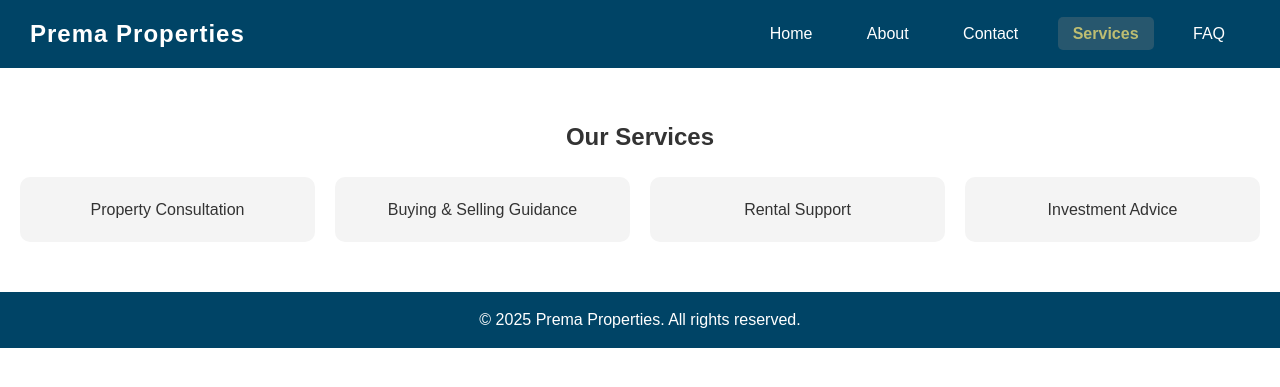
Repository: mnqobiMenzi/Prema-Properties
Page: services.html
The author's editor kept a copy of each file at every save. The page is drawn from the files as they stood at one save, then again after a run of saves.
The browser window is 1280 px wide. The pictures show the whole page.

Above is the page before, as saved 2025-10-04 09:07:31.

### services.html
<!DOCTYPE html>
<html lang="en">
<head>
  <meta charset="UTF-8">
  <meta name="viewport" content="width=device-width, initial-scale=1.0">
  <title>Prema Properties</title>
  <link rel="stylesheet" href="CSS/style.css">
</head>
<body>

  <!-- Header / Navigation -->
  <header>
    <div class="logo">Prema Properties</div>
    <nav>
      <a href="index.html">Home</a>
      <a href="about-us.html">About</a>
      <a href="contact-us.html">Contact</a>
      <a href="#services" class="active">Services</a>
      <a href="FAQ.html">FAQ</a>
    </nav>
  </header>
  <!-- Services Section -->
  <section id="services" class="services">
    <h2>Our Services</h2>
    <div class="service-list">
      <div class="service">Property Consultation</div>
      <div class="service">Buying & Selling Guidance</div>
      <div class="service">Rental Support</div>
      <div class="service">Investment Advice</div>
    </div>
  </section>

  <!-- Footer -->
  <footer>
    <p>© 2025 Prema Properties. All rights reserved.</p>
  </footer>

</body>
</html>

### CSS/style.css
* {
  margin: 0;
  padding: 0;
  box-sizing: border-box;
  font-family: Arial, sans-serif;
}

body {
  line-height: 1.6;
  color: #333;
}

/* Header */
header {
  position: sticky;
  top: 0;
  display: flex;
  justify-content: space-between;
  align-items: center;
  padding: 15px 30px;
  background: #004466;
  color: #fff;
  z-index: 1000;
}
header .logo {
  font-size: 1.5em;
  font-weight: 700;
  font-family: 'Poppins', sans-serif;
  color: #fff;
  letter-spacing: 1px;
  display: flex;
  align-items: center;
}
header nav a {
  margin: 0 10px;
  color: #fff;
  padding: 8px 15px;
  border-radius: 5px;
  text-decoration: none;
  font-weight: 500;
  font-family: 'Poppins', sans-serif;
  transition: color 0.3s ease, border-bottom 0.3s ease;
}

header nav a:hover {
  color: #fff;
  background: rgba(128, 128, 128, 0.3);
  padding-bottom: 3px;
  border: 3px solid #004466;
}
/* Active link */
header nav a.active {
  background: rgba(128, 128, 128, 0.3);
  font-weight: bold;
  color: rgb(189, 189, 114);
}
/* Hero */
.hero {
  background: url('https://source.unsplash.com/1600x600/?house,property') no-repeat center center/cover;
  color: white;
  text-align: center;
  padding: 100px 20px;
}
.hero h1 {
  font-size: 2.5em;
}
.hero .btn {
  display: inline-block;
  margin-top: 20px;
  padding: 10px 20px;
  background: #ff6600;
  color: white;
  border-radius: 5px;
  text-decoration: none;
}
.hero .btn:hover {
  background: #cc5200;
}

/* Sections */
section {
  padding: 50px 20px;
  text-align: center;
}
.services .service-list {
  display: grid;
  grid-template-columns: repeat(auto-fit, minmax(200px, 1fr));
  gap: 20px;
  margin-top: 20px;
}
.service {
  background: #f4f4f4;
  padding: 20px;
  border-radius: 10px;
}

/* Contact */
.contact form {
  display: flex;
  flex-direction: column;
  max-width: 400px;
  margin: auto;
}
.contact input, .contact textarea {
  margin-bottom: 15px;
  padding: 10px;
  border: 1px solid #ddd;
  border-radius: 5px;
}
.contact button {
  padding: 10px;
  border: none;
  background: #004466;
  color: white;
  cursor: pointer;
  border-radius: 5px;
}
.contact button:hover {
  background: #00334d;
}

/* Footer */
footer {
  background: #004466;
  color: #fff;
  text-align: center;
  padding: 15px;
}

After the next 2 saves:
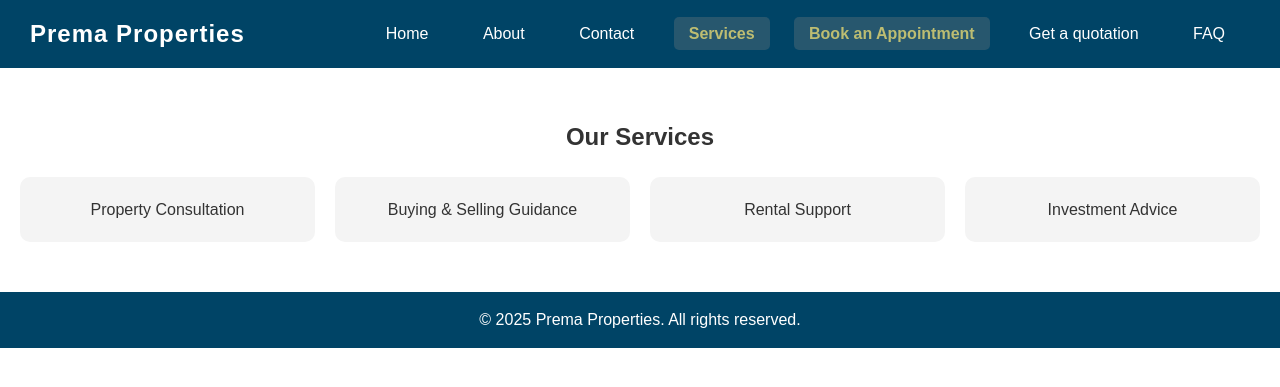
The 2 saves are shown as one change because they came seconds apart.
The last was saved 10 s later.
--- a/services.html
+++ b/services.html
@@ -16,6 +16,8 @@
       <a href="about-us.html">About</a>
       <a href="contact-us.html">Contact</a>
       <a href="#services" class="active">Services</a>
+      <a href="appointment" class="active">Book an Appointment</a>
+      <a href="quote.html">Get a quotation</a>
       <a href="FAQ.html">FAQ</a>
     </nav>
   </header>
